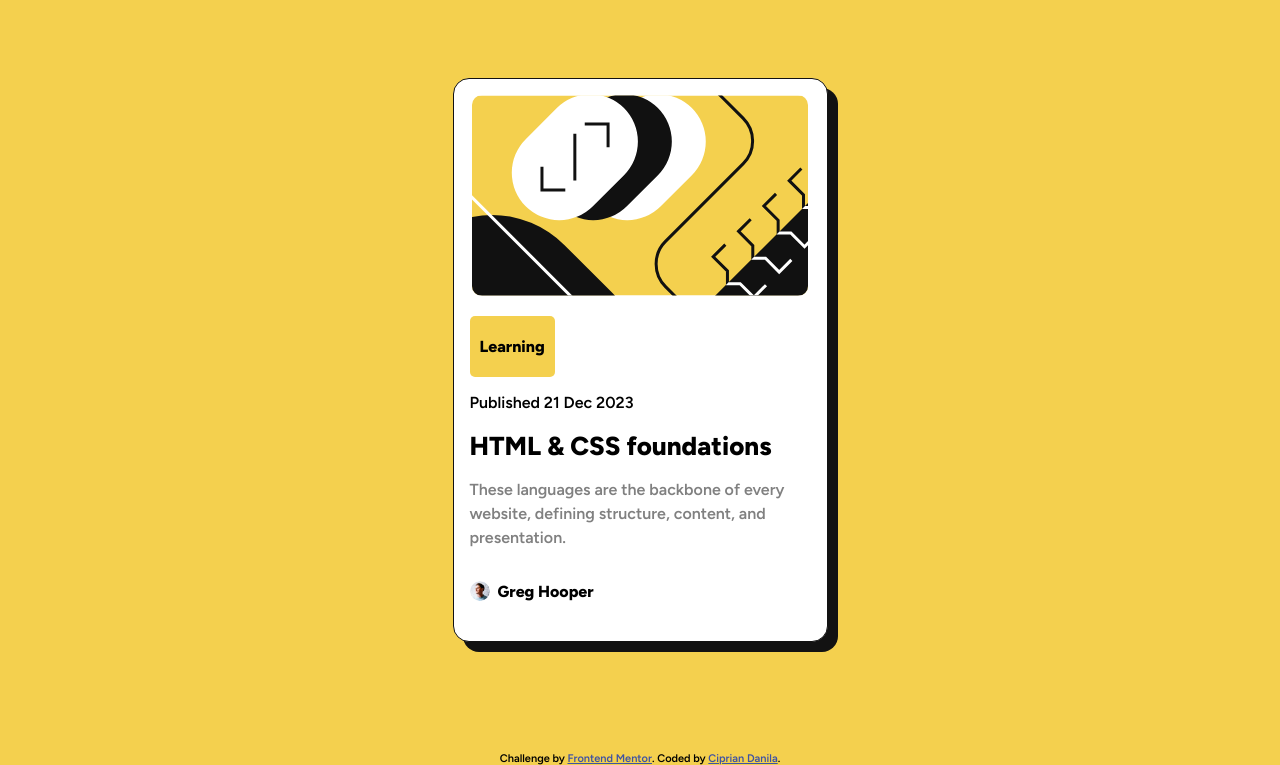
Repository: cipdanila/blog-preview-card
Page: index.html
An editor plug-in stored every save of this project. The page is shown before and after the next save, followed by the edit.
The browser window is 1280 px wide. The pictures show the whole page.

Above is the page before, as saved 2024-01-28 14:54:01.

### index.html
<!DOCTYPE html>
<html lang="en">
<head>
  <meta charset="UTF-8">
  <meta name="viewport" content="width=device-width, initial-scale=1.0"> <!-- displays site properly based on user's device -->

  <link rel="icon" type="image/png" sizes="32x32" href="./assets/images/favicon-32x32.png">
  <link rel="stylesheet" href="style.css">
  <title>Frontend Mentor | Blog preview card</title>

</head>
<body>
  <main>
    <div class="card">
      <div class="image-card">
        <img src="./assets/images/illustration-article.svg" alt="illustration article">
      </div>
      <div class="text-card">
        <div class="learning">
          <p>Learning</p>
        </div>
        <div class="publish">
          <p>Published 21 Dec 2023</p>
        </div>
        <div class="title">
          <h1>HTML & CSS foundations</h1>
        </div>
        <div class="info">
          <p>
            These languages are the backbone of every website, defining structure, content, and presentation.
          </p>
        </div>
        <div class="avatar">
          <img src="./assets/images/image-avatar.webp" alt="avatar">
          <p>Greg Hooper</p>
        </div>
      </div>
    </div>
  </main>

  <footer>
    <div class="attribution">
        Challenge by
        <a
            href="https://www.frontendmentor.io/challenges/blog-preview-card-ckPaj01IcS"
            target="_blank"
            rel="noopener noreferer"
            >Frontend Mentor</a
        >. Coded by <a href="https://github.com/cipdanila" target="_blank" rel="noopener noreferer">Ciprian Danila</a>.
    </div>
</footer>
</body>
</html>

### style.css
@import url('https://fonts.googleapis.com/css2?family=Figtree:wght@600;800&display=swap');

:root {
    /* Colors */
    /* Primary */
    --yellow: hsl(47, 88%, 63%);

    /* Neutral */
    --white: hsl(0, 0%, 100%);
    --grey: hsl(0, 0%, 50%);
    --black: hsl(0, 0%, 7%);
}

* {
    box-sizing: border-box;
}

body, html {
    margin: 0;
    padding: 0;
    height: 100%;
    font-family: 'Figtree', sans-serif;
    font-size: 1rem;
    font-weight: 600;
    background-color: var(--yellow);
}

main {
    display: flex;
    justify-content: center;
    align-items: center;
    height: 100%;
}

.card {
    max-width: 375px;
    border-radius: 1rem;
    border: 1px solid var(--black);
    box-shadow: 10px 10px var(--black);
    background-color: var(--white);
    display: flex;
    flex-direction: column;
    justify-content: center;
    align-items: center;
    padding: 1rem;
}

.image-card {
    text-align: center;
}

img {
    max-width: 100%;
    height: auto;
    border-radius: 0.625rem;
}

.text-card {
    /* text-align: left; */

}

.learning {
    width: fit-content;
    background-color: var(--yellow);
    margin: 1rem 0;
    padding: 5px 10px;
    border-radius: 5px;
    font-weight: 800;
}

.publish, .title, .info, .avatar {
    margin-bottom: 0.5rem;
}

.title h1 {
    font-weight: 800;
    font-size: 1.625rem;
    margin-bottom: 0.5rem;
}

.info p {
    color: var(--grey);
    line-height: 1.5;
    font-weight: 100;
}

.avatar {
    display: flex;
    align-items: center;
}

.avatar img {
    width: 20px;
    height: auto;
    border-radius: 50%;
    margin-right: 0.5rem;
}

.avatar p {
    font-weight: 800;
}

footer {
    margin-top: 2rem;
}

.attribution {
    font-size: 11px;
    text-align: center;
}
.attribution a {
    color: hsl(228, 45%, 44%);
}

After the next save:
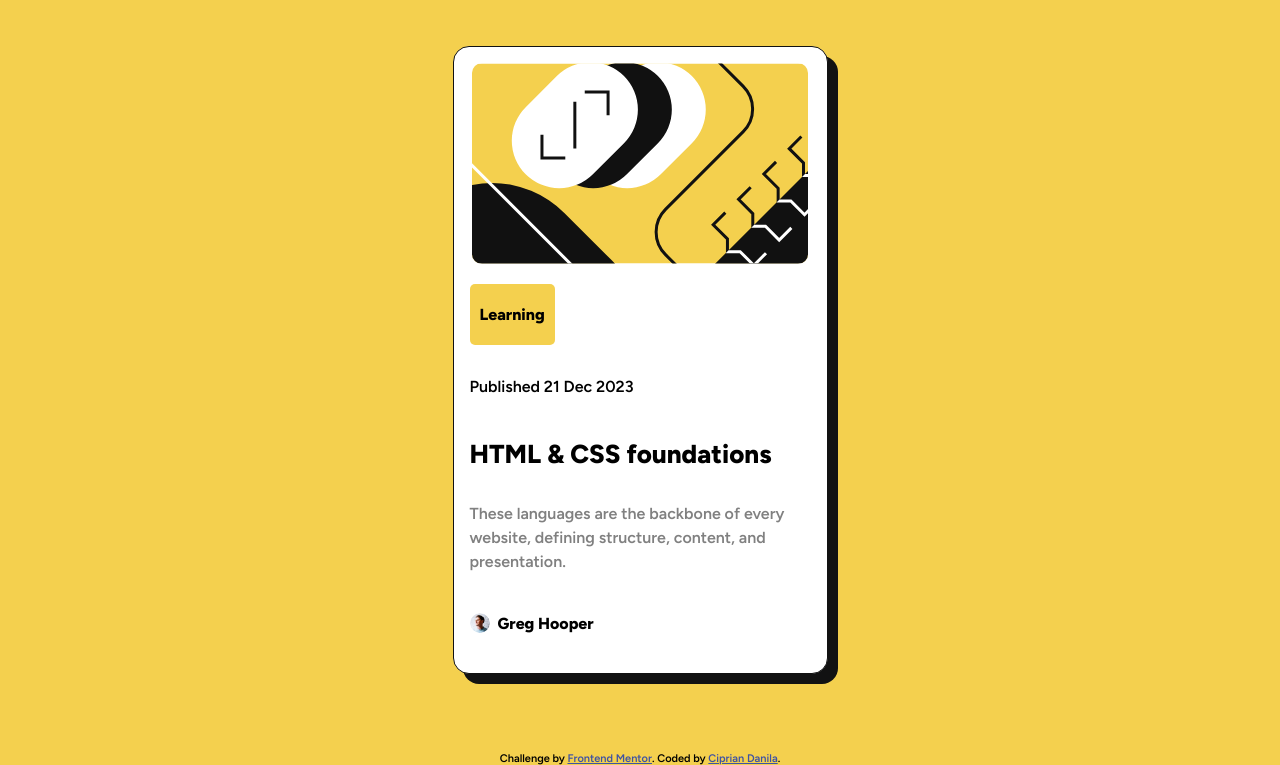
Saved 10 s later.
--- a/style.css
+++ b/style.css
@@ -1,4 +1,4 @@
-@import url('https://fonts.googleapis.com/css2?family=Figtree:wght@600;800&display=swap');
+@import url("https://fonts.googleapis.com/css2?family=Figtree:wght@600;800&display=swap");
 
 :root {
     /* Colors */
@@ -15,11 +15,12 @@
     box-sizing: border-box;
 }
 
-body, html {
+body,
+html {
     margin: 0;
     padding: 0;
     height: 100%;
-    font-family: 'Figtree', sans-serif;
+    font-family: "Figtree", sans-serif;
     font-size: 1rem;
     font-weight: 600;
     background-color: var(--yellow);
@@ -57,7 +58,9 @@
 
 .text-card {
     /* text-align: left; */
-
+    display: flex;
+    flex-direction: column;
+    align-self: start;
 }
 
 .learning {
@@ -69,7 +72,10 @@
     font-weight: 800;
 }
 
-.publish, .title, .info, .avatar {
+.publish,
+.title,
+.info,
+.avatar {
     margin-bottom: 0.5rem;
 }
 
